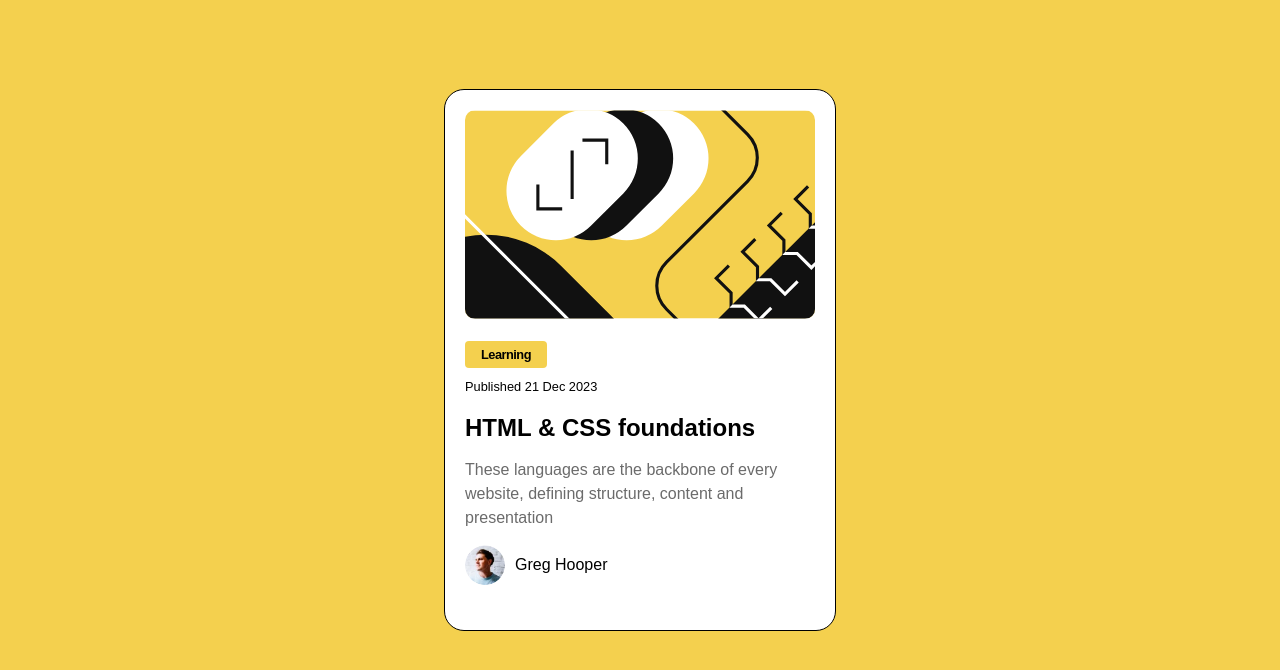
Repository: brandontaylor1/blogpreviewcard
Page: index.html
An editor plug-in stored every save of this project. The page is shown before and after a run of saves, followed by the edit.
The browser window is 1280 px wide. The pictures show the whole page.
The pointer rests on the first visible `.container`.

Above is the page before, as saved 2024-12-25 11:53:02.

### index.html
<!DOCTYPE html>
<html lang="en">
<head>
    <meta charset="UTF-8">
    <meta name="viewport" content="width=device-width, initial-scale=1.0">
    <link rel="stylesheet" href="./index.css">
    <title>HTML & CSS Foundations</title>
</head>
<body>
    <main class="container">
        <div class="img-container">
            <img src="./images/illustration-article.svg" class="heading-img" alt="">
        </div>
        <div class="card-content">
            <p id="learning-tag">Learning</p>
            <div class="card-content-text">
                <p>Published 21 Dec 2023</p>
                <h2>HTML & CSS foundations</h2>
                <h3>These languages are the backbone of every website, defining structure, content and presentation</h3>
            </div>
        </div>
        <div class="user-footer">
            <img src="./images/image-avatar.webp" alt="person-image">
            <p>Greg Hooper</p>
        </div>
    </main>

    <script src="index.js"></script>
</body>
</html>

### index.css
:root {
    /* COLORS */
    --primary-yellow: hsl(47, 88%, 63%);
    --primary-white: hsl(0, 0%, 100%);
    --primary-gray-reg: hsl(0, 0%, 42%);
    --primary-gray-bold: hsl(0, 0%, 7%);

    --main-font-size: 16px;

    --main-font-family: 'Figtree', sans-serif;
    --main-font-weight-reg: 500;
    --main-font-weight-bold: 800;
}


body {
    box-sizing: border-box;
    margin: 0;
    padding: 0;
    height: 100vh;
    font-family: var(--main-font-family);
    display: flex;
    align-items: center;
    justify-content: center;
    background-color: var(--primary-yellow);
}

.container {
    width: 350px;
    height: 500px;
    margin: 0 auto;
    padding: 0 20px;
    background-color: var(--primary-white);
    width: 350px;
    padding: 20px;
    border-radius: 20px;
    border: 1px solid black;
    box-shadow: 5px 5px 0 1px rgba(0, 0, 0, 1);
    transition: box-shadow 0.3s ease;
}

.container:hover {
    box-shadow: 0 0 0 0 rgba(0, 0, 0, 0.5);
    height:
}

.heading-img {
    width: 100%;
    margin-bottom: 5px;
    border-radius: 10px;
}

.card-content {
    width: 100%;
    display: flex;
    flex-direction: column;
    align-items: left;
    justify-content: space-between;
}

#learning-tag {
    background-color: var(--primary-yellow);
    padding: 6px 1px;
    border-radius: 4px;
    font-size: .8rem;
    font-weight: var(--main-font-weight-bold);
    width: 80px;
    text-align: center;
    letter-spacing: -.5px;

}

.card-content-text {
    margin-top: -15px;
    font-size: .8rem;
}

.card-content-text h2 {
    font-size: 1.5rem;
    font-family: var(--main-font-family);
    font-weight: var(--main-font-weight-bold);
    margin-bottom: 10px;
}

.card-content-text h3 {
    font-size: 1rem;
    line-height: 1.5;
    font-family: var(--main-font-family);
    font-weight: var(--main-font-weight-reg);
    color: var(--primary-gray-reg);
    margin-bottom: 10px;
}

.user-footer {
    display: flex;
    align-items: center;

}

.user-footer img {
    width: 40px;
    height: 40px;
    border-radius: 50%;
    margin-right: 10px;
}

Loaded but not shown: index.js (no stored copy; drawn as an empty file)

After the next 2 saves:
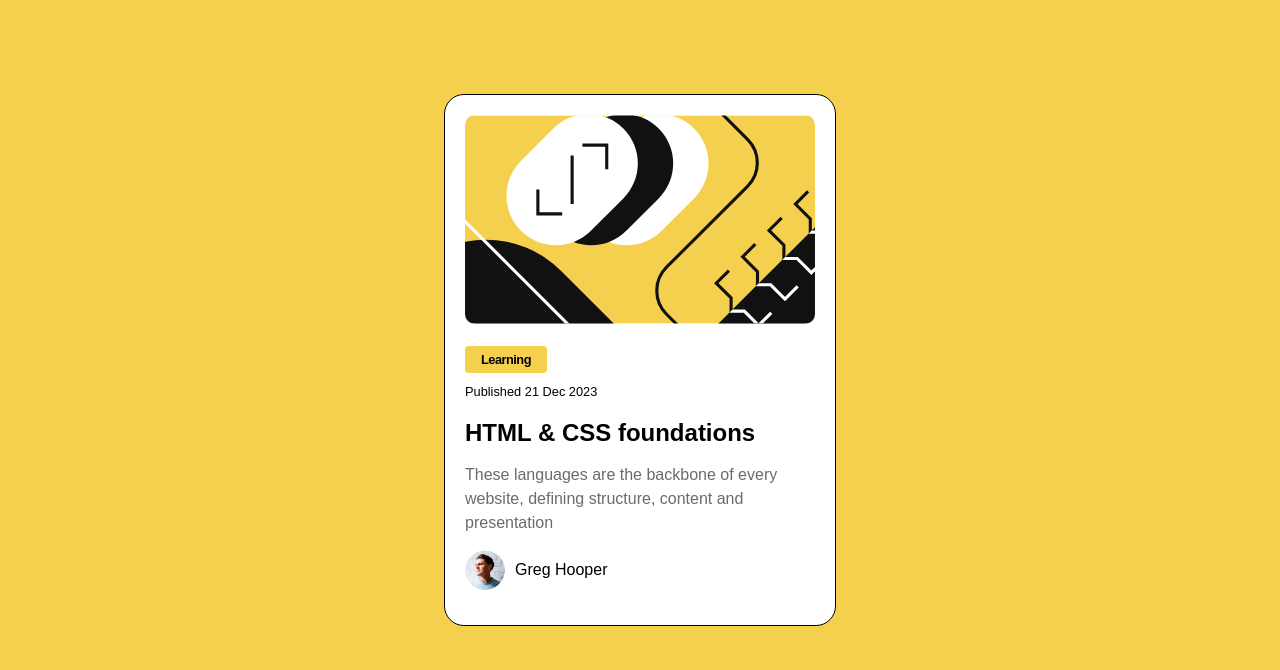
The 2 saves are shown as one change because they came seconds apart.
The last was saved 11 s later.
--- a/index.css
+++ b/index.css
@@ -41,7 +41,8 @@ body {
 
 .container:hover {
     box-shadow: 0 0 0 0 rgba(0, 0, 0, 0.5);
-    height:
+    height: 490px;
+    width:
 }
 
 .heading-img {
